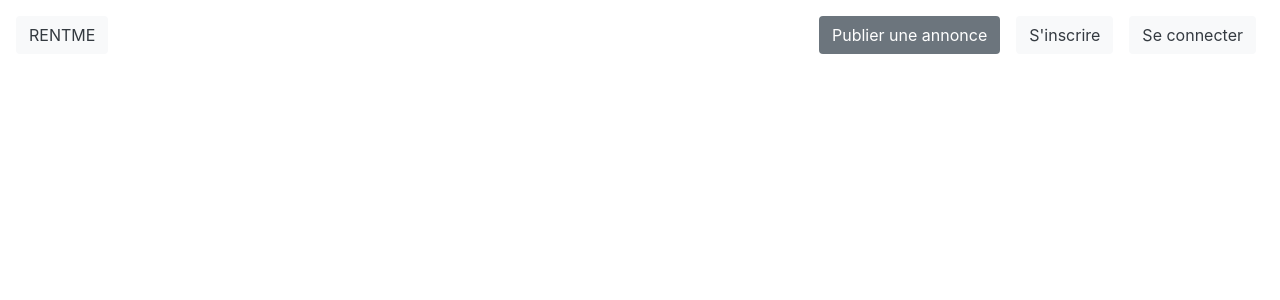
Repository: johan1412/rentme-front
Page: /
The author's editor kept a copy of each file at every save. The page is drawn from the files as they stood at one save, then again after the next save.
The browser window is 1280 px wide. The pictures show the whole page.
The project was rebuilt for these pictures with package versions that can differ from the ones it lists, and the page was loaded fresh each time. Also part of the build but not shown: vue.config.js, src/components/auth/Login.vue, src/components/auth/Register.vue.

Above is the page before, as saved 2021-12-14 19:18:48.

After the next save:
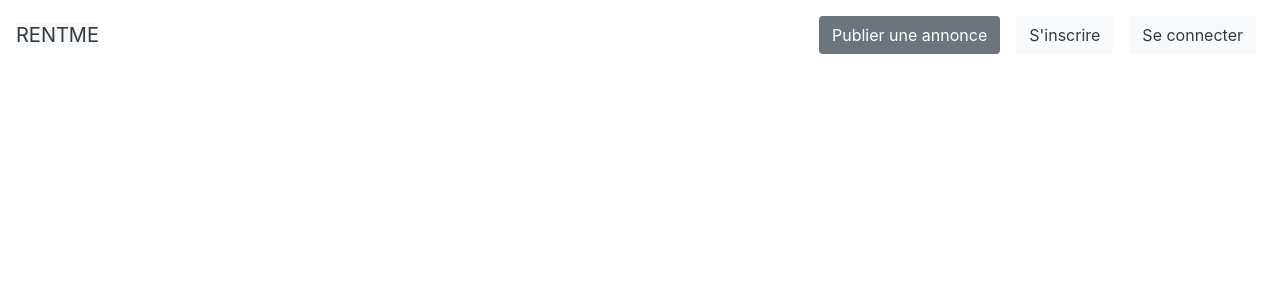
Saved 14 s later.
--- a/src/components/layouts/NavBar.vue
+++ b/src/components/layouts/NavBar.vue
@@ -1,7 +1,7 @@
 <template>
 <div>
   <b-navbar toggleable="lg" type="light" variant="white">
-    <b-navbar-brand><router-link class="btn bg-light text-dark fw-bold" to="login">RENTME</router-link></b-navbar-brand>
+    <b-navbar-brand><router-link class="bg-light text-dark fw-bold" to="login">RENTME</router-link></b-navbar-brand>
     <b-collapse id="nav-collapse" is-nav>
       <b-navbar-nav class="ml-auto">
         <b-nav-item><router-link class="btn bg-secondary text-white" to="register">Publier une annonce</router-link></b-nav-item>
